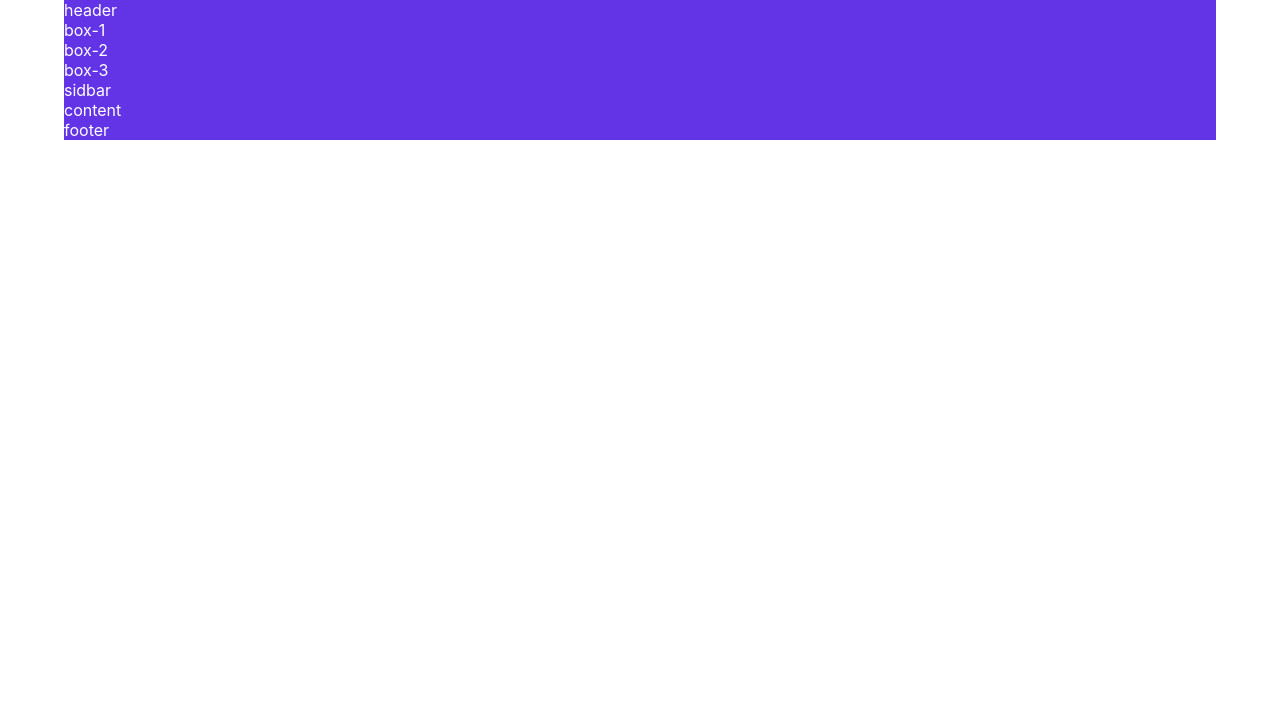
Repository: SD-Mdouka/project_step
Page: /
These files come from the project's save history. The page is drawn as it stood at one moment and after the next save; the edit follows.
The browser window is 1280 px wide. The pictures show the whole page.
The project was rebuilt for these pictures with package versions that can differ from the ones it lists, and the page was loaded fresh each time.

Above is the page before, as saved 2022-09-07 12:32:41.

After the next save:
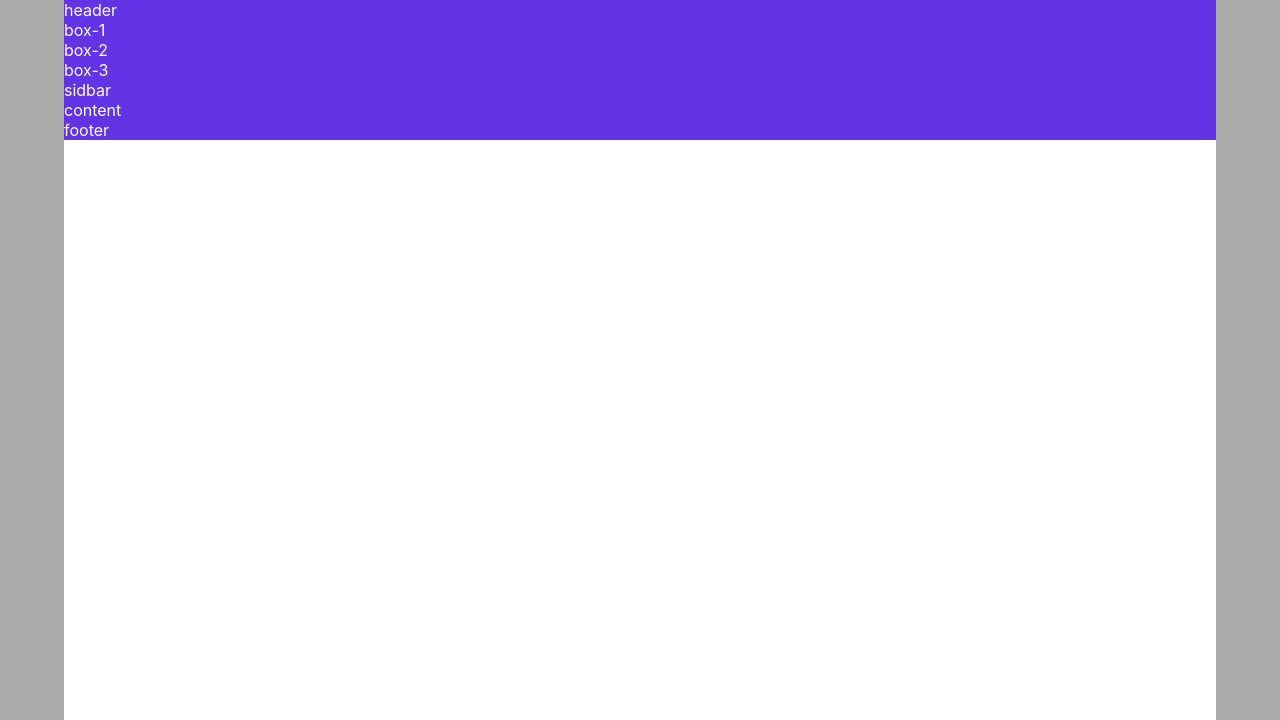
Saved 28 s later.
--- a/src/style-grid.css
+++ b/src/style-grid.css
@@ -1,11 +1,11 @@
 .container {
     background-color: #fff;
     min-height: 100vh;
+    width: 90%;
+    margin: 0 auto;
 }
 
 .container>* {
-    width: 90%;
-    margin: 0 auto;
     color: #fff;
     background-color: rgb(99, 51, 230);
 }
